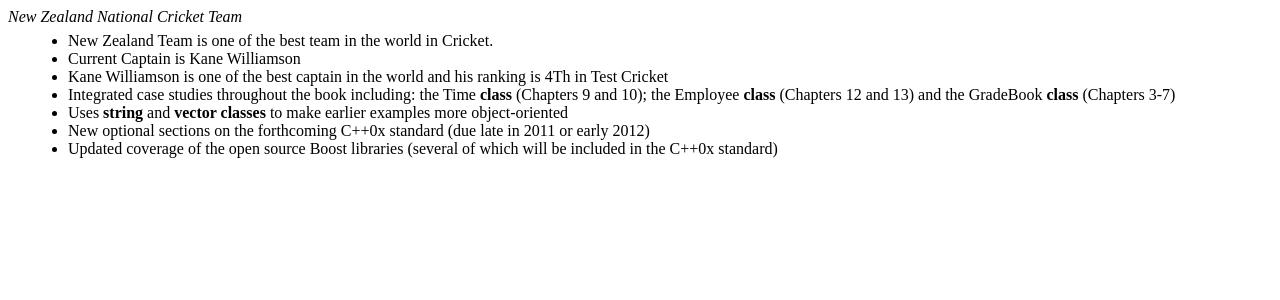
Repository: devanshudave1901/DevanshuDave_Sec002_ICE-05
Page: InfoFiles/newZealandCricket.html
The author's editor kept a copy of each file at every save. The page is drawn from the files as they stood at one save, then again after the next save.
The browser window is 1280 px wide. The pictures show the whole page.

Above is the page before, as saved 2022-03-20 21:01:48.

### InfoFiles/newZealandCricket.html
<!DOCTYPE html>
<html>
<head>
<meta charset="utf-8">
<title>
</title>
</head>
<body>
<div>
<i>New Zealand National Cricket Team</i><ul style="margin: 6px 0px 6px 20px; text-indent: 0pt;"> <li> New Zealand Team is one of the best team in the world in Cricket.
<li >Current Captain is </b> Kane Williamson</li
><li > Kane Williamson is one of the best captain in the world and his ranking is 4Th in Test Cricket </li>
<li>Integrated case studies throughout the book including: the Time <b >class </b>(Chapters 9 and 10); the Employee <b>class </b>(Chapters 12 and 13) and the GradeBook <b >class </b>(Chapters 3-7) </li>
<li>Uses <b  >string </b>and <b>vector classes </b>to make earlier examples more object-oriented</li>
<li >New optional sections on the forthcoming C++0x standard (due late in 2011 or early 2012) </li>
<li>Updated coverage of the <a >open source</a> Boost libraries (several of which will be included in the C++0x standard)</li></ul>
</div>
</body>
</html>

After the next save:
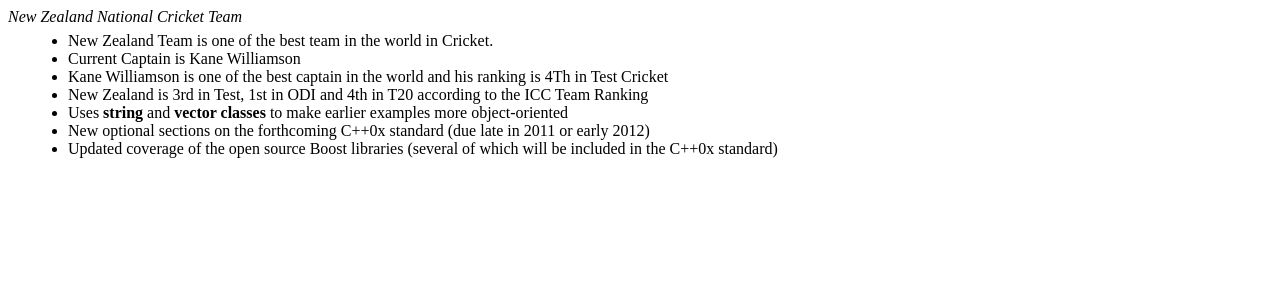
Saved 73 s later.
--- a/InfoFiles/newZealandCricket.html
+++ b/InfoFiles/newZealandCricket.html
@@ -10,7 +10,7 @@
 <i>New Zealand National Cricket Team</i><ul style="margin: 6px 0px 6px 20px; text-indent: 0pt;"> <li> New Zealand Team is one of the best team in the world in Cricket.
 <li >Current Captain is </b> Kane Williamson</li
 ><li > Kane Williamson is one of the best captain in the world and his ranking is 4Th in Test Cricket </li>
-<li>Integrated case studies throughout the book including: the Time <b >class </b>(Chapters 9 and 10); the Employee <b>class </b>(Chapters 12 and 13) and the GradeBook <b >class </b>(Chapters 3-7) </li>
+<li>New Zealand is 3rd in  Test, 1st in ODI and 4th in T20 according to the ICC Team Ranking</li>
 <li>Uses <b  >string </b>and <b>vector classes </b>to make earlier examples more object-oriented</li>
 <li >New optional sections on the forthcoming C++0x standard (due late in 2011 or early 2012) </li>
 <li>Updated coverage of the <a >open source</a> Boost libraries (several of which will be included in the C++0x standard)</li></ul>
